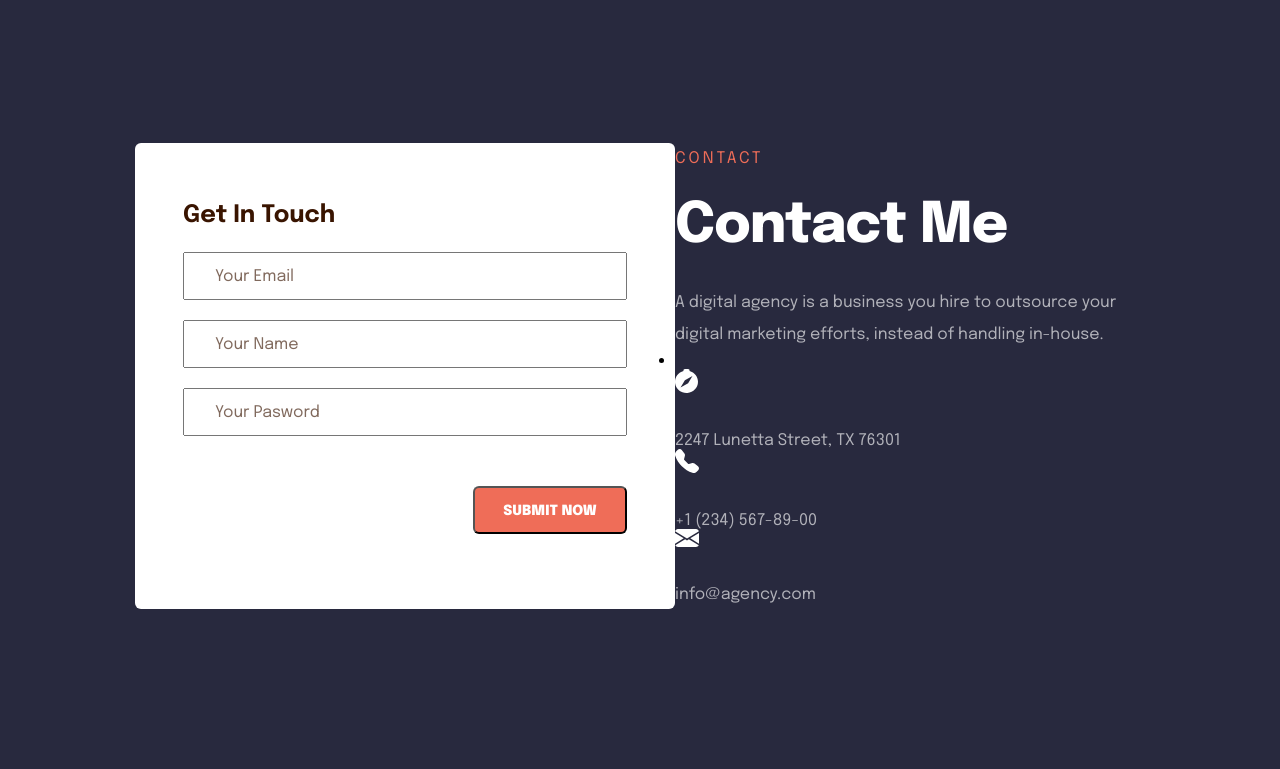
Repository: MehdiKerimov/Figma-Task-14
Page: index.html
These files come from the project's save history. The page is drawn as it stood at one moment and after a run of saves; the edit follows.
The browser window is 1280 px wide. The pictures show the whole page.

Above is the page before, as saved 2023-10-07 15:31:57.

After the next 4 saves:
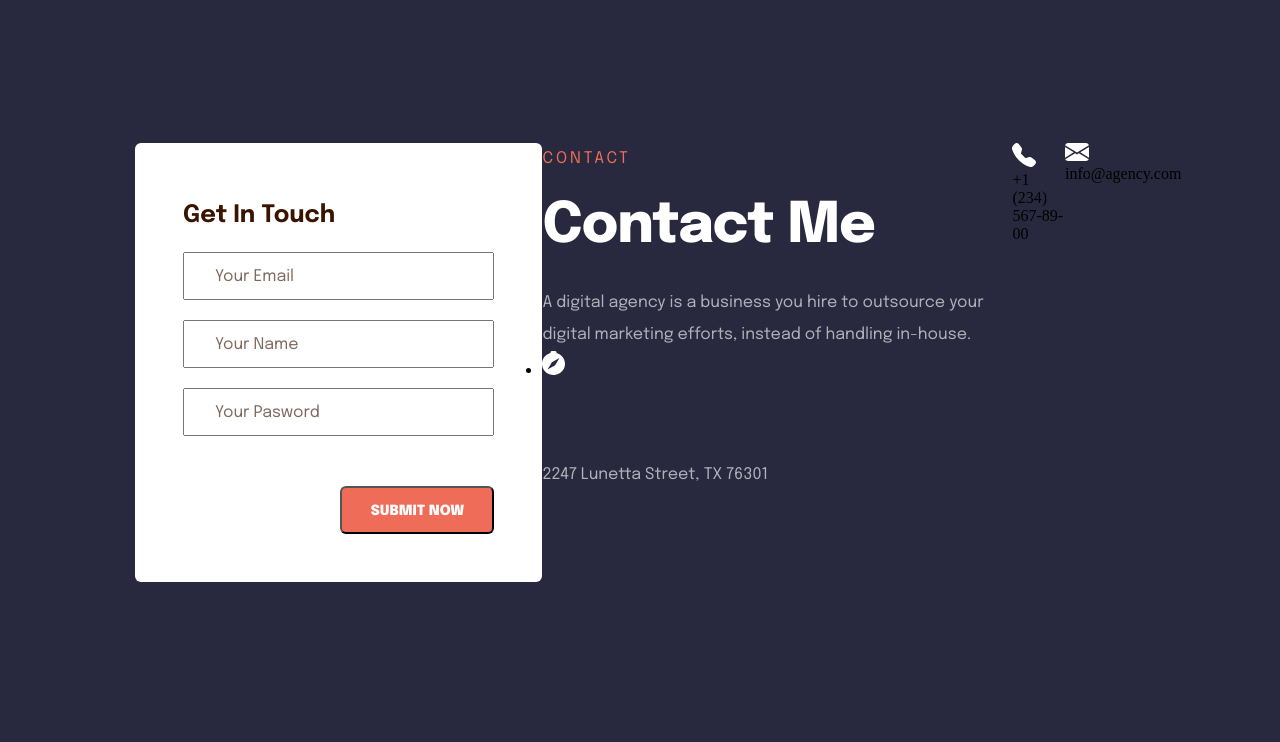
The 4 saves are shown as one change because they came seconds apart.
The last was saved 10 s later.
--- a/index.html
+++ b/index.html
@@ -35,24 +35,24 @@
 
         <ul>
           <li>
+            <div class="circle">
+              <svg
+                xmlns="http://www.w3.org/2000/svg"
+                width="23"
+                height="24"
+                viewBox="0 0 23 24"
+                fill="none"
+              >
+                <path
+                  fill-rule="evenodd"
+                  clip-rule="evenodd"
+                  d="M12.5128 23.9559C18.4476 23.4434 22.9991 18.5852 23 12.7619C22.9992 7.68681 19.5202 3.24133 14.5089 1.91219C14.6419 1.45966 14.5495 0.972375 14.2595 0.596433C13.9696 0.220491 13.5157 -0.000396111 13.034 0H9.9675C9.4858 -0.000396111 9.03192 0.220491 8.74193 0.596433C8.45195 0.972375 8.35958 1.45966 8.49253 1.91219C2.74205 3.43556 -0.865618 8.99957 0.179927 14.7325C1.22547 20.4654 6.57793 24.4683 12.5128 23.9559ZM17.4618 6.91176L17.465 6.90994L17.462 6.91144L17.4618 6.91176ZM17.4618 6.91176L9.87551 11.1479L5.53646 18.5674L13.126 14.3294L17.4618 6.91176Z"
+                  fill="white"
+                />
+              </svg>
+          </li>
+          <p>2247 Lunetta Street, TX 76301</p>
 
-          </li>
-          <div class="circle">
-            <svg
-              xmlns="http://www.w3.org/2000/svg"
-              width="23"
-              height="24"
-              viewBox="0 0 23 24"
-              fill="none"
-            >
-              <path
-                fill-rule="evenodd"
-                clip-rule="evenodd"
-                d="M12.5128 23.9559C18.4476 23.4434 22.9991 18.5852 23 12.7619C22.9992 7.68681 19.5202 3.24133 14.5089 1.91219C14.6419 1.45966 14.5495 0.972375 14.2595 0.596433C13.9696 0.220491 13.5157 -0.000396111 13.034 0H9.9675C9.4858 -0.000396111 9.03192 0.220491 8.74193 0.596433C8.45195 0.972375 8.35958 1.45966 8.49253 1.91219C2.74205 3.43556 -0.865618 8.99957 0.179927 14.7325C1.22547 20.4654 6.57793 24.4683 12.5128 23.9559ZM17.4618 6.91176L17.465 6.90994L17.462 6.91144L17.4618 6.91176ZM17.4618 6.91176L9.87551 11.1479L5.53646 18.5674L13.126 14.3294L17.4618 6.91176Z"
-                fill="white"
-              />
-            </svg>
-            <p>2247 Lunetta Street, TX 76301</p>
           </div>
 
           <div class="circle">
